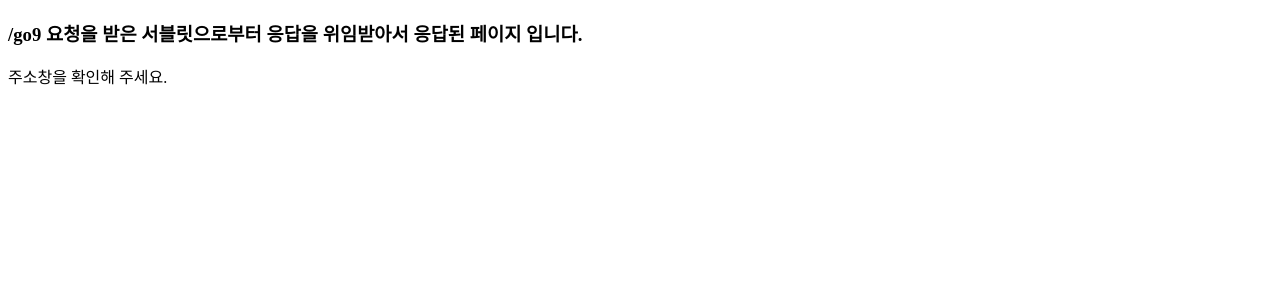
Repository: hyunhee7/web_work
Page: http://localhost/Step06_PageMove/test/view2.jsp
An editor plug-in stored every save of this project. The page is shown before and after a run of saves, followed by the edit.
The browser window is 1280 px wide. The pictures show the whole page.
The page is served by Tomcat 9.

Above is the page before, as saved 2017-06-26 06:56:50.

### Step06_PageMove/WebContent/test/view2.jsp
<%@ page language="java" contentType="text/html; charset=UTF-8"
    pageEncoding="UTF-8"%>
<!DOCTYPE html PUBLIC "-//W3C//DTD HTML 4.01 Transitional//EN" "http://www.w3.org/TR/html4/loose.dtd">
<html>
<head>
<meta http-equiv="Content-Type" content="text/html; charset=UTF-8">
<title>view2.jsp</title>
</head>
<body>
<h3> /go9 요청을 받은 서블릿으로부터 응답을 위임받아서
응답된 페이지 입니다.</h3>
<p> 주소창을 확인해 주세요.</p>
</body>
</html>

After the next 2 saves:
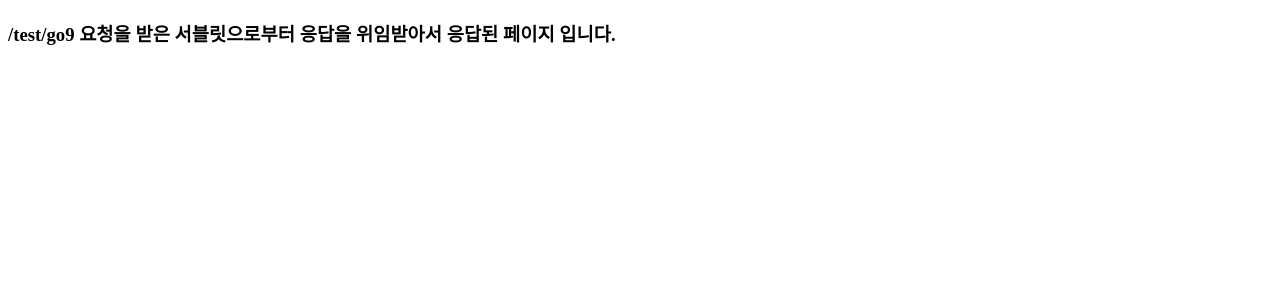
The 2 saves are shown as one change because they came seconds apart.
The last was saved 5 min 18 s later.
--- a/Step06_PageMove/WebContent/test/view2.jsp
+++ b/Step06_PageMove/WebContent/test/view2.jsp
@@ -4,11 +4,12 @@
 <html>
 <head>
 <meta http-equiv="Content-Type" content="text/html; charset=UTF-8">
-<title>view2.jsp</title>
+<title>/test/view2.jsp</title>
 </head>
 <body>
-<h3> /go9 요청을 받은 서블릿으로부터 응답을 위임받아서
-응답된 페이지 입니다.</h3>
-<p> 주소창을 확인해 주세요.</p>
+<h3> /test/go9 요청을 받은 서블릿으로부터 응답을 위임받아서 응답된 페이지 입니다.</h3>
+<%
+
+%>
 </body>
 </html>
